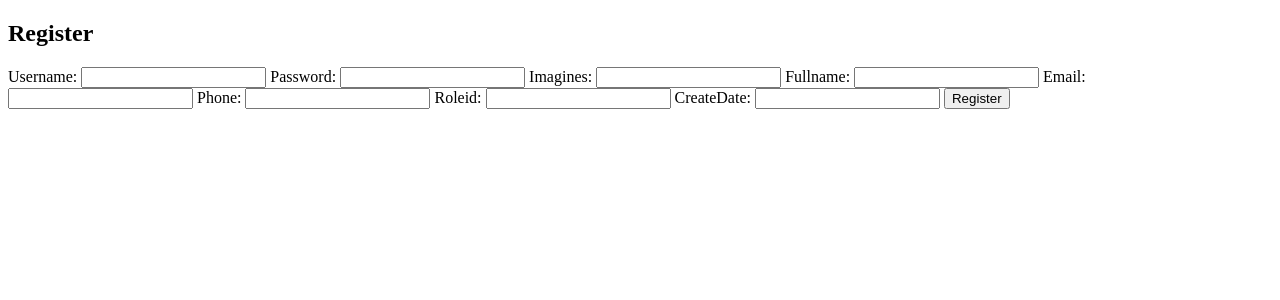
Repository: thuctrantrong/DBconnect
Page: http://localhost/LaptrinhData/views/register.jsp
The author's editor kept a copy of each file at every save. The page is drawn from the files as they stood at one save, then again after the next save.
The browser window is 1280 px wide. The pictures show the whole page.
The page is served by Tomcat 10.

Above is the page before, as saved 2024-09-15 08:35:49.

After the next save:
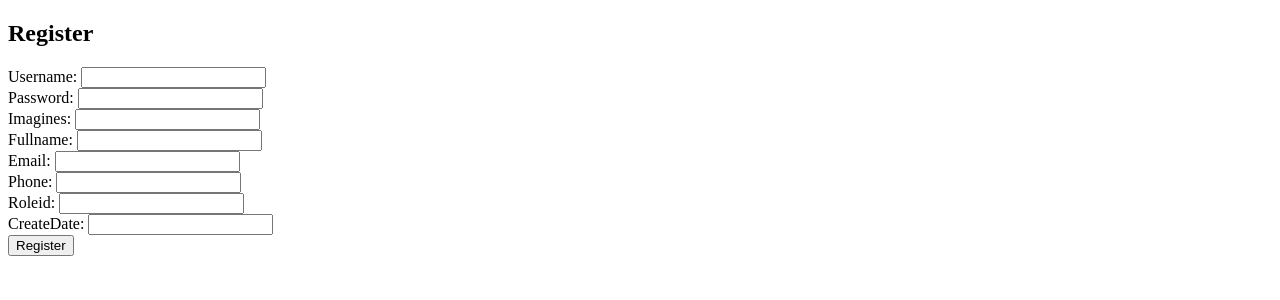
Saved 4 min 13 s later.
--- a/LaptrinhData/src/main/webapp/views/register.jsp
+++ b/LaptrinhData/src/main/webapp/views/register.jsp
@@ -13,32 +13,39 @@
 			<h3 class="alert alertdanger">${alert}</h3>
 		</c:if>
         <form class="modal-content animate" action="/LaptrinhData/register" method="post">
-
+            <div>
             <label for="username">Username:</label>
             <input type="text" id="username" name="username" required>
+            </div>
 
-            <label for="password">Password:</label>
-            <input type="password" id="password" name="password" required>
 
-			<label for="imagines">Imagines:</label>
-            <input type="text" id="imagines" name="imagines" required>
+            <div>
+				<label for="password">Password:</label>
+				<input type="password" id="password" name="password" required>
+            </div>
+				<label for="imagines">Imagines:</label>
+            	<input type="text" id="imagines" name="imagines" required>
+			<div>
+				<label for="fullname">Fullname:</label>
+            	<input type="text" id="fullname" name="fullname" required>
+            </div>
+             	<label for="email">Email:</label>
+            	<input type="text" id="email" name="email" required>
+            <div>
+				<label for="phone">Phone:</label>
+            	<input type="text" id="phone" name="phone" required>
+            </div>
+            	<label for="roleid">Roleid:</label>
+            	<input type="text" id="roleid" name="roleid" required>
+            <div>
+				<label for="createDate">CreateDate:</label>
+            	<input type="text" id="createDate" name="createDate" required>
+            </div>
+           		 <input type="submit" value="Register">
+            <div>
 
-            <label for="fullname">Fullname:</label>
-            <input type="text" id="fullname" name="fullname" required>
+            </div>
 
-            <label for="email">Email:</label>
-            <input type="text" id="email" name="email" required>
-
-            <label for="phone">Phone:</label>
-            <input type="text" id="phone" name="phone" required>
-
-            <label for="roleid">Roleid:</label>
-            <input type="text" id="roleid" name="roleid" required>
-
-            <label for="createDate">CreateDate:</label>
-            <input type="text" id="createDate" name="createDate" required>
-
-            <input type="submit" value="Register">
         </form>
     </div>
 </body>
